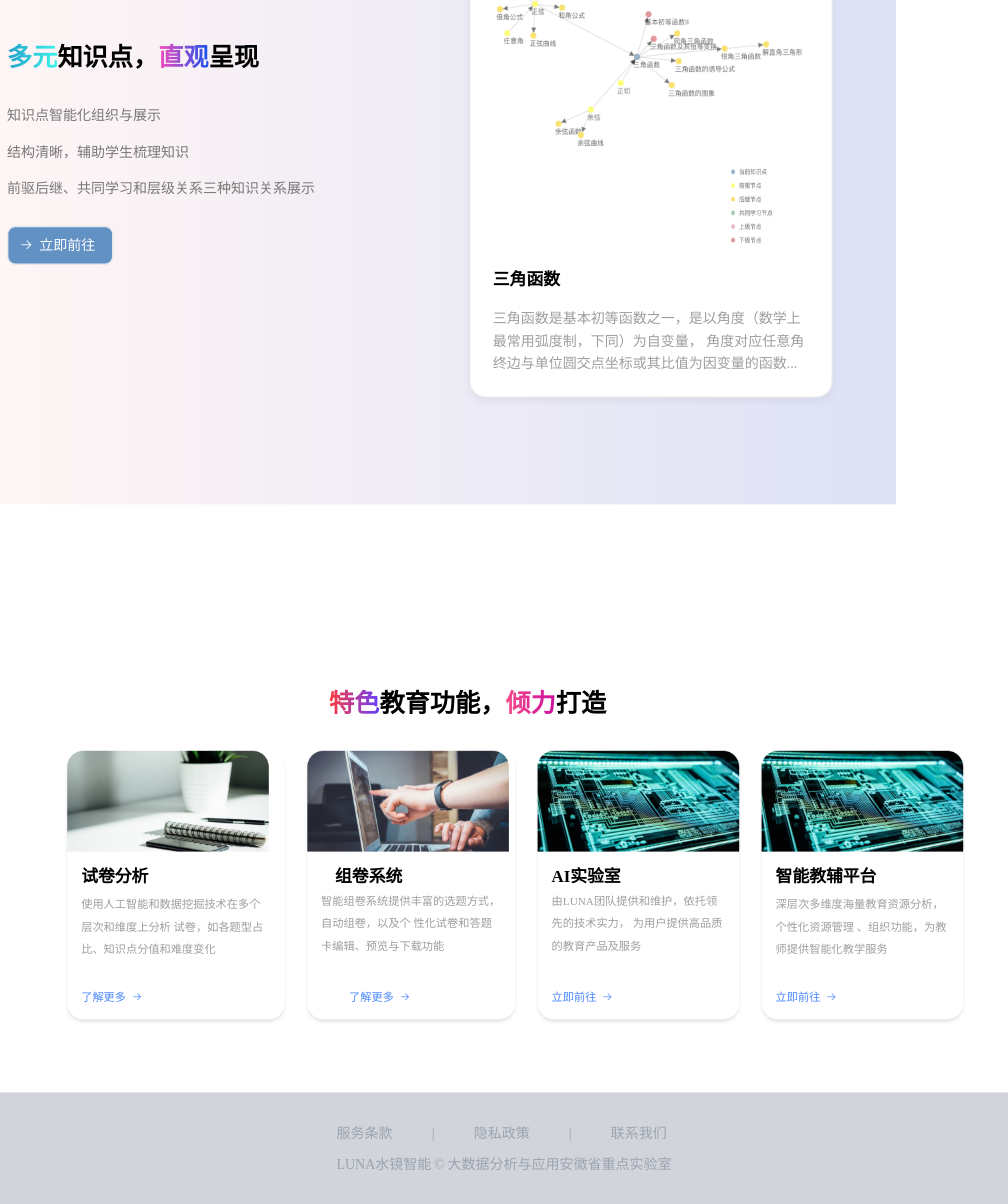
Repository: xydzy1/vue-start
Page: /
The author's editor kept a copy of each file at every save. The page is drawn from the files as they stood at one save, then again after the next save.
The browser window is 1280 px wide. The page is 1440 px wide, so the pictures cover 1440 px, including what lies to the right of the window. The pictures show the part of the page from y = 2632 to 4352 px (the page is 4352 px tall), at 70% of full size.
The project was rebuilt for these pictures with package versions that can differ from the ones it lists, and the page was loaded fresh each time. Also part of the build but not shown: vite.config.js, vue.config.cjs, src/assets/part1.css.

Above is the page before, as saved 2023-08-13 11:17:42.

After the next save:
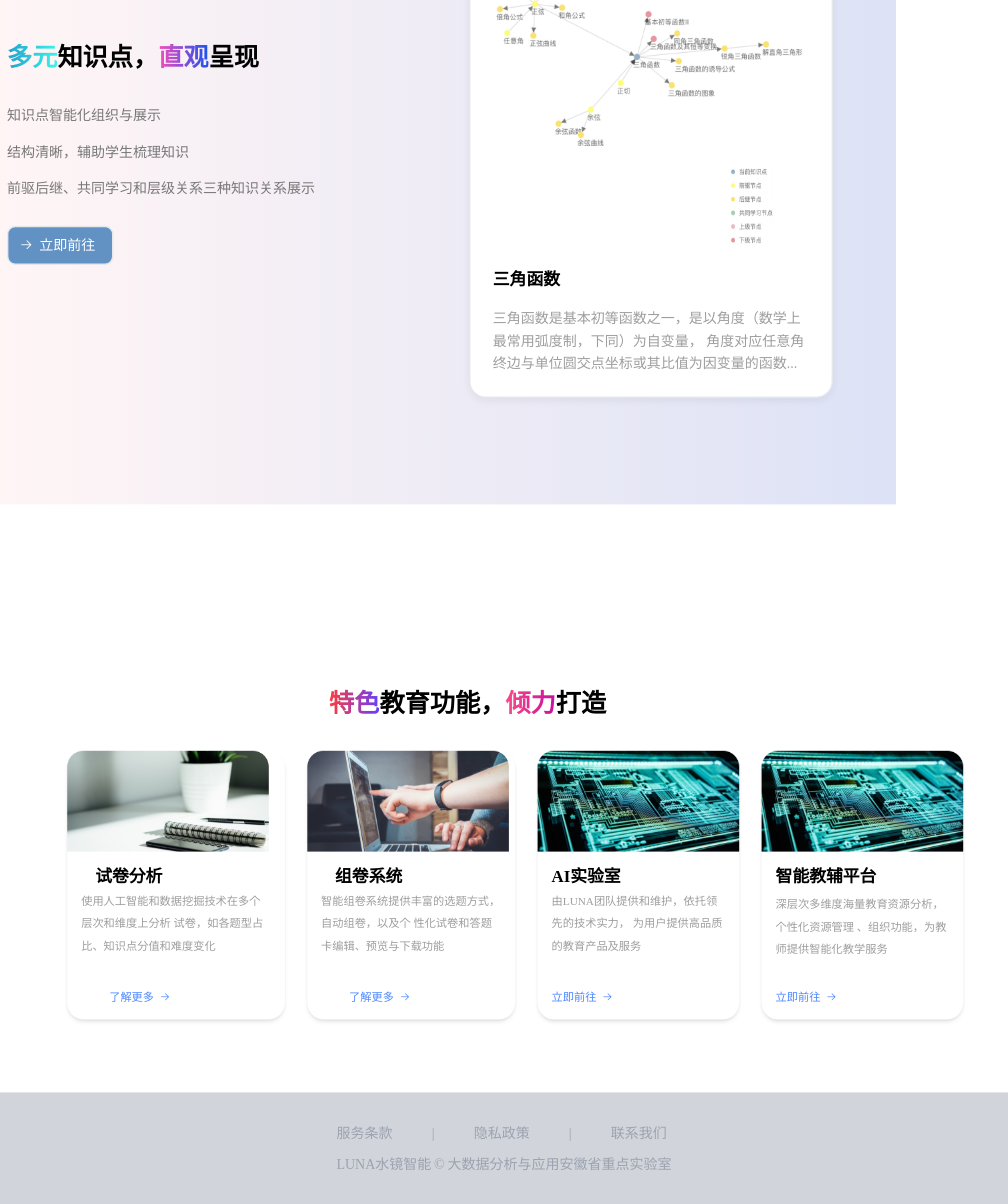
Saved 35 s later.
--- a/src/components/all_part/part4.vue
+++ b/src/components/all_part/part4.vue
@@ -17,13 +17,15 @@
 						<span>
 							<img src="../../image/p4-1.png" class="w-auto minw:w-72 h-36 hover:mt-4">
 						</span>
-						<span class="text-2xl font-bold mt-5 mx-5">试卷分析</span>
-						<span class="text-p3_cword3 leading-8 mt-2 mx-5 font-normal">
-							<p>使用人工智能和数据挖掘技术在多个层次和维度上分析
-							试卷，如各题型占比、知识点分值和难度变化</p>
-						</span>
-						<span class="absolute bottom-5">
-							<button class="text-p4_cbutton pl-5 pt-2">了解更多<i class="el-icon-right pl-2"></i></button>
+						<span class="p-5">
+							<span class="text-2xl font-bold mt-5 mx-5">试卷分析</span>
+							<span class="text-p3_cword3 leading-8 mt-2 mx-5 font-normal">
+								<p>使用人工智能和数据挖掘技术在多个层次和维度上分析
+								试卷，如各题型占比、知识点分值和难度变化</p>
+							</span>
+							<span class="absolute bottom-5">
+								<button class="text-p4_cbutton pl-5 pt-2">了解更多<i class="el-icon-right pl-2"></i></button>
+							</span>
 						</span>
 					</div>
 					<div class="relative transform hover:-translate-y-4 flex flex-col w-auto min-w-72 h-96 rounded-3xl shadow-md mx-4 mt-16 md:mt-0">
